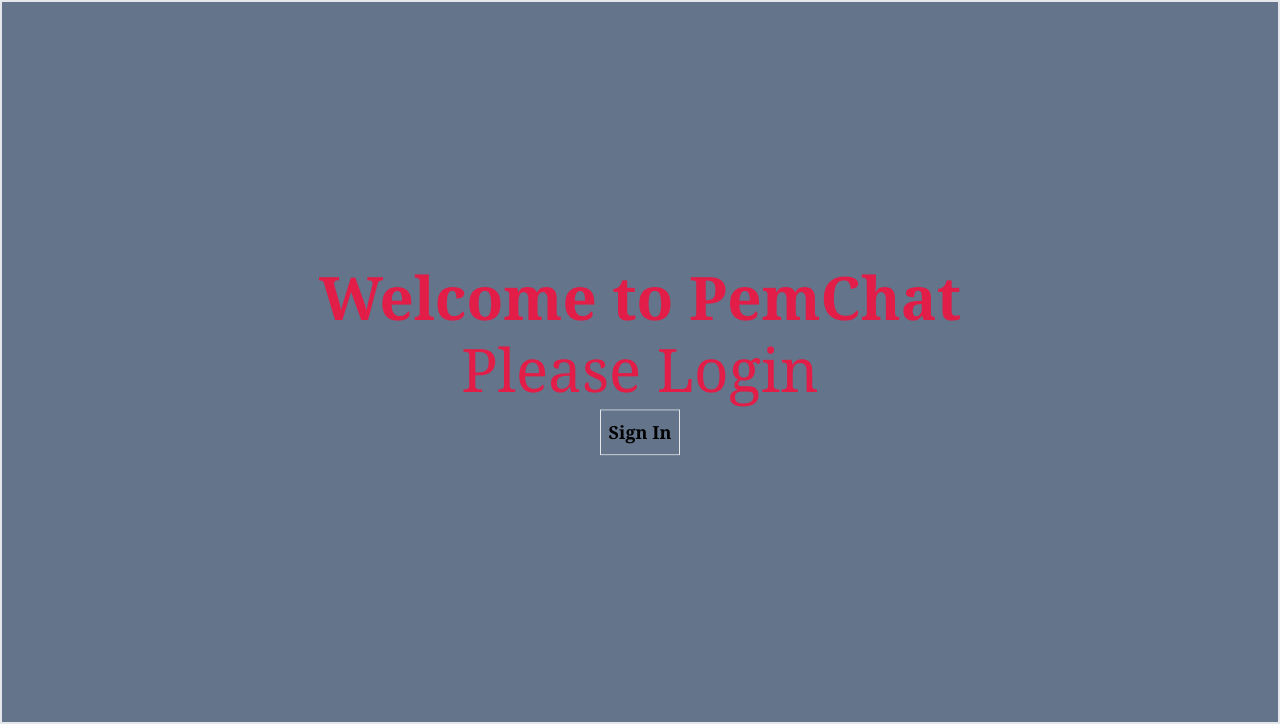
Repository: Semanmernstack/chat-mini
Page: /
The author's editor kept a copy of each file at every save. The page is drawn from the files as they stood at one save, then again after the next save.
The browser window is 1280 px wide. The pictures show the whole page.
The project was rebuilt for these pictures with package versions that can differ from the ones it lists, and the page was loaded fresh each time. Also part of the build but not shown: src/SidebarList.js, src/Sidebar.js, src/BodyHeader.js, src/Message.js, src/Body.js.

Above is the page before, as saved 2022-11-16 07:52:24.

### src/app/store.js
import { configureStore } from '@reduxjs/toolkit';
import userReducer from '../features/userSlice';
import appReducer from '../features/appSlice';

export const store = configureStore({
  reducer: {
    user: userReducer,
    app: appReducer,

  },
});

### src/App.js
import React, { useEffect } from 'react';


import Sidebar from './Sidebar';
import Body from './Body';
import { useDispatch, useSelector } from 'react-redux';
import { login, logout, selectUser } from './features/userSlice';
import Login from './Login';
import { onAuthStateChanged } from 'firebase/auth';
import { auth } from './firebase';


function App() {
  const user = useSelector(selectUser)
  const dispatch = useDispatch();

  useEffect(() =>  {
    onAuthStateChanged(auth, authuser => {
      if(authuser) {
        dispatch(login({
          uid: authuser.uid,
          displayName: authuser.displayName,
          email: authuser.email,
          photo: authuser.photoURL,
        }))
      } else {dispatch(logout())}
    })
  }, [dispatch])



  return (

    <div className="flex  items-center overflow-hidden  overflow-y-hidden  h-full    max-w-screen-xl mx-auto border-2">

       {user ? (
        <>
        <div className=" flex-[0.4] h-screen ">

        <Sidebar/>
      </div>
      <div className=" flex-[0.6] h-screen">
        <Body/>
      </div>
      </>

       ) : (
        <Login/>
       )}
    </div>
  );
}

export default App;

### src/features/userSlice.js
import {  createSlice } from '@reduxjs/toolkit';





export const userSlice = createSlice({
  name: 'user',
  initialState: {
    user: null,
  },

  reducers: {
    login: (state, action) => {

      state.user = action.payload;
    },
    logout: (state) => {
      state.user = null;
    },

  },
})

export const { login, logout } = userSlice.actions;


export const selectUser = (state) => state.user.user;



export default userSlice.reducer;

### src/features/appSlice.js
import {  createSlice } from '@reduxjs/toolkit';





export const appSlice = createSlice({
  name: 'app',
  initialState: {
    channelId: null,
    channelName: null,
  },

  reducers: {
    setChannelInfo: (state, action) => {

      state.channelId = action.payload.channelId;
      state.channelName = action.payload.channelName;
    },



  },
})

export const { setChannelInfo } = appSlice.actions;


export const selectChannelId = (state) => state.app.channelId;
export const selectChannelName = (state) => state.app.channelName;


export default appSlice.reducer;

### src/Login.js
import { GoogleAuthProvider, signInWithPopup } from 'firebase/auth'
import React from 'react'
import { auth } from './firebase'

function Login() {

    const SignIn = () => {
        const provider = new GoogleAuthProvider()
        signInWithPopup(auth, provider)
        .then(res => {
        alert("You have succefully log in")
        }).catch((error) => alert (error.message) )
    }
  return (
    <div className="flex font-serif flex-col w-screen bg-slate-500 text-center mx-auto items-center h-screen justify-center">
        <div className=" flex flex-col items-center  text-rose-600  text-3xl md:text-4xl lg:text-6xl">
            <h1 className="font-extrabold mb-3">Welcome to PemChat</h1>
            <h2>Please Login</h2>
        </div>
        <button onClick={SignIn} className="mt-3 border p-2 font-extrabold text-lg cursor-pointer animate-bounce">Sign In</button>
    </div>
  )
}

export default Login

### src/firebase.js

import { initializeApp } from "firebase/app";
import { getAuth } from "firebase/auth";
import { getFirestore } from "firebase/firestore";
const firebaseConfig = {
  apiKey: "AIzaSyAdXaswUjs-QE-MMolXHmAvIeDrrgoGO_4",
  authDomain: "chat-mini-16fc0.firebaseapp.com",
  projectId: "chat-mini-16fc0",
  storageBucket: "chat-mini-16fc0.appspot.com",
  messagingSenderId: "267350805735",
  appId: "1:267350805735:web:5e85360687453f5203e642"
};


const app = initializeApp(firebaseConfig);
export const auth = getAuth(app)
export const db = getFirestore(app)

Loaded but not shown: public/index.html (common file); src/index.js (common file); src/reportWebVitals.js (common file); src/index.css (common file); tailwind.config.js (common file)

After the next save:
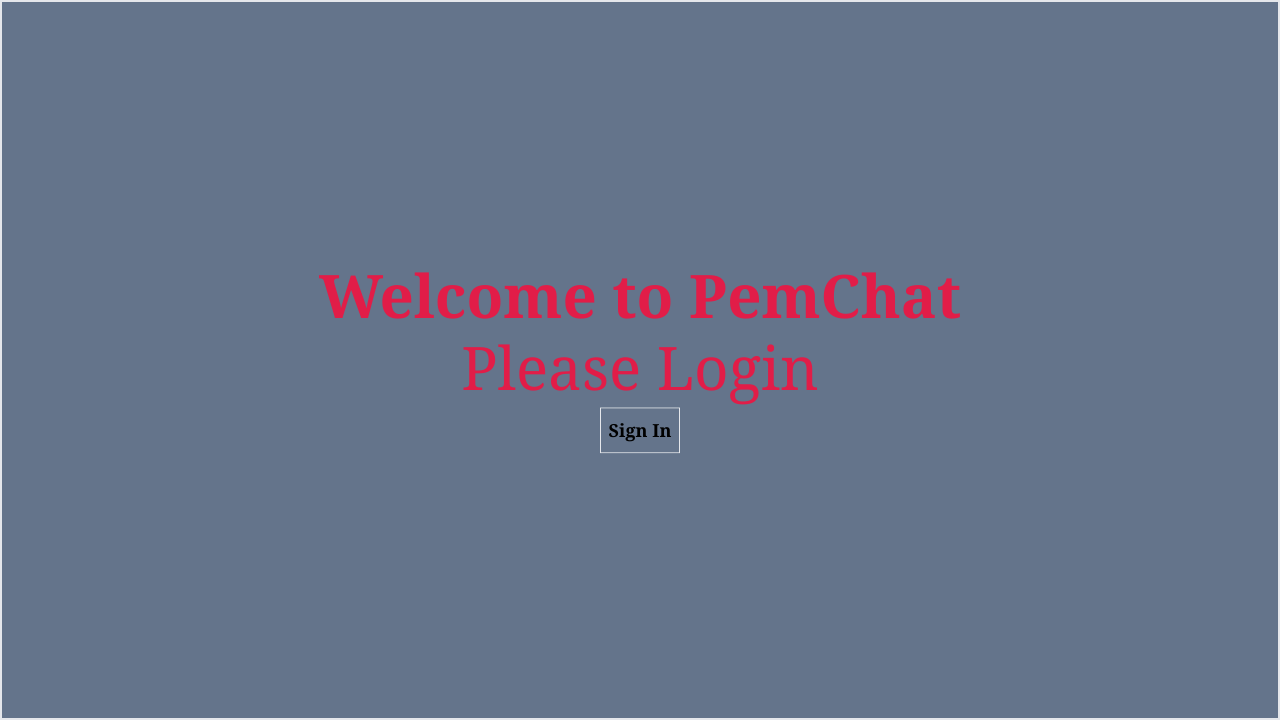
Saved 110 s later.
--- a/src/App.js
+++ b/src/App.js
@@ -31,15 +31,15 @@ function App() {
 
   return (
 
-    <div className="flex  items-center overflow-hidden  overflow-y-hidden  h-full    max-w-screen-xl mx-auto border-2">
+    <div className="flex  items-center overflow-hidden  overflow-y-hidden   h-screen    max-w-screen-xl mx-auto border-2">
 
        {user ? (
         <>
-        <div className=" flex-[0.4] h-screen ">
+        <div className=" flex-[0.4]  ">
 
         <Sidebar/>
       </div>
-      <div className=" flex-[0.6] h-screen">
+      <div className=" flex-[0.6] ">
         <Body/>
       </div>
       </>
